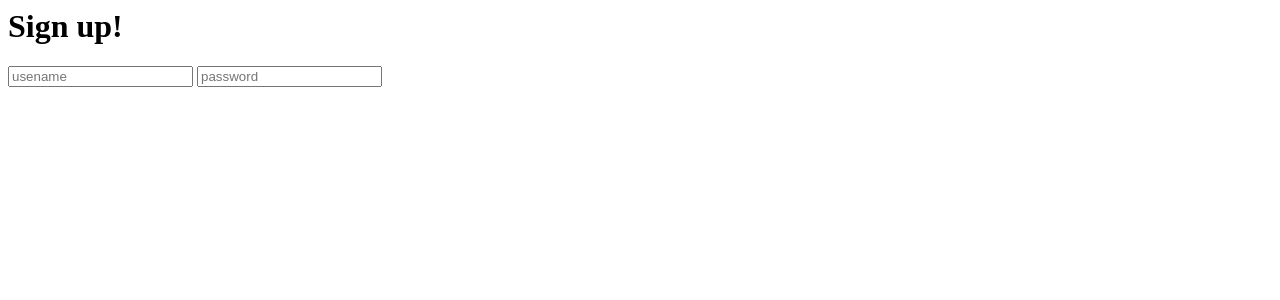
Repository: nittoorp/Web-Developement
Page: http://localhost/register
The author's editor kept a record of every edit. The page is drawn from the files as they stood at one moment, then again after the next edit.
The browser window is 1280 px wide. The pictures show the whole page.
The page is served by the project's Node server (AuthDemo/app.js).

Above is the page before.

After the next edit:
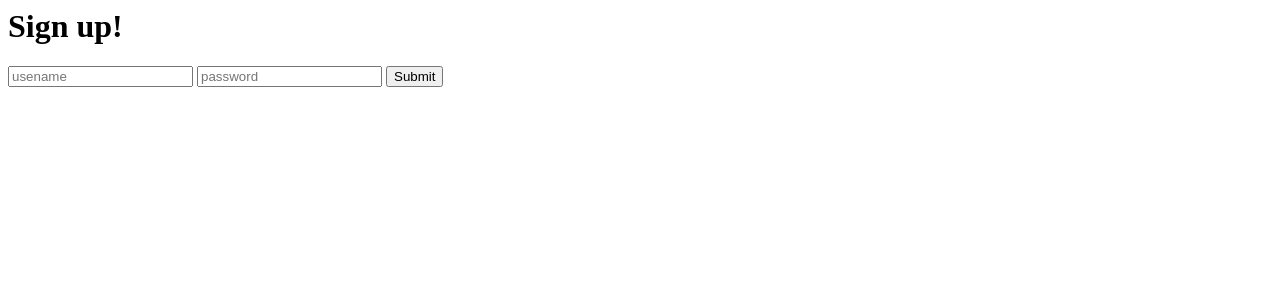
The edit:
--- a/AuthDemo/views/register.ejs
+++ b/AuthDemo/views/register.ejs
@@ -4,6 +4,5 @@
 
     <input type="text" name="username" placeHolder="usename">
     <input type="password" name="password" placeHolder="password">
-
-
+    <input type="submit" name="submit">
 </form>
